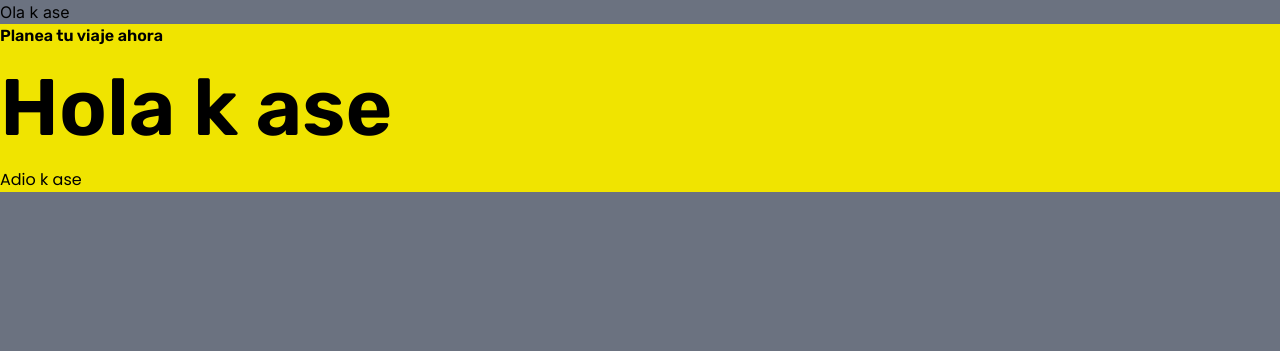
Repository: aldovelacasas/PF_RentCar2
Page: /homePage
An editor plug-in stored every save of this project. The page is shown before and after the next save, followed by the edit.
The browser window is 1280 px wide. The pictures show the whole page.
The project was rebuilt for these pictures with package versions that can differ from the ones it lists, and the page was loaded fresh each time. The framework's server and built-in components were replaced by stand-ins that run in the browser. Also part of the build but not shown: next.config.js.

Above is the page before, as saved 2023-08-29 18:51:19.

### src/app/layout.jsx
import "./globals.css";
import { Inter } from "next/font/google";

const inter = Inter({ subsets: ["latin"] });

export const metadata = {
  title: "Create Next App",
  description: "Generated by create next app",
};

export default function RootLayout({ children }) {
  return (
    <html lang="en">
      <body className={inter.className}>
        <h1>Ola k ase</h1>
        <div className="h-[calc(100vh-5rem)]">{children}</div>
      </body>
    </html>
  );
}

### src/app/homePage/page.jsx
import { Rubik, Poppins } from "next/font/google";

const fontRubik = Rubik({
  weight: "600",
  subsets: ["latin"],
});

const fontPoppins = Poppins({
  weight: "400",
  subsets: ["latin"],
});
const poppins = fontPoppins.className;
const rubik = fontRubik.className;

function HomePage() {
  return (
    <div className={`bg-amarillo_status ${rubik}`}>
      <p className={`${poppins.className}`}>Planea tu viaje ahora</p>
      <h1 className="text-[5em]">Hola k ase</h1>
      <div>
        <p className={`${poppins}`}>Adio k ase</p>
      </div>
    </div>
  );
}

export default HomePage;

### src/app/globals.css
@tailwind base;
@tailwind components;
@tailwind utilities;

body {
   @apply bg-gray-500; /* Fondo más claro */
   color: gray-800; /* Texto oscuro */
}

### tailwind.config.js
/** @type {import('tailwindcss').Config} */
module.exports = {
  content: [
    "./src/pages/**/*.{js,ts,jsx,tsx,mdx}",
    "./src/components/**/*.{js,ts,jsx,tsx,mdx}",
    "./src/app/**/*.{js,ts,jsx,tsx,mdx}",
  ],
  theme: {
    extend: {
      backgroundImage: {
        "gradient-radial": "radial-gradient(var(--tw-gradient-stops))",
        "gradient-conic":
          "conic-gradient(from 180deg at 50% 50%, var(--tw-gradient-stops))",
      },
      colors: {
        gris_fondo: "#dbdbdb",
        gris_frente: "#e9e9e9",
        negro_fondo: "#282828",
        naranja_enf: "#ea4f39",
        rojo_status: "#e30613",
        verde_status: "#4aaf4d",
        amarillo_status: "#f0e400",
      },
    },
  },
  plugins: [],
};

After the next save:
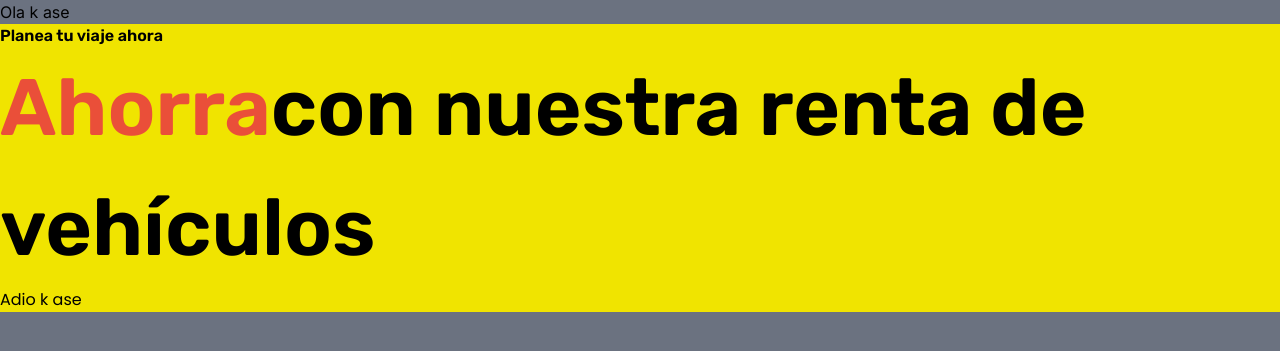
Saved 110 s later.
--- a/src/app/homePage/page.jsx
+++ b/src/app/homePage/page.jsx
@@ -16,7 +16,10 @@ function HomePage() {
   return (
     <div className={`bg-amarillo_status ${rubik}`}>
       <p className={`${poppins.className}`}>Planea tu viaje ahora</p>
-      <h1 className="text-[5em]">Hola k ase</h1>
+      <h1 className="text-[5em]">
+        <span className="text-naranja_enf">Ahorra</span>con nuestra renta de
+        vehículos
+      </h1>
       <div>
         <p className={`${poppins}`}>Adio k ase</p>
       </div>
